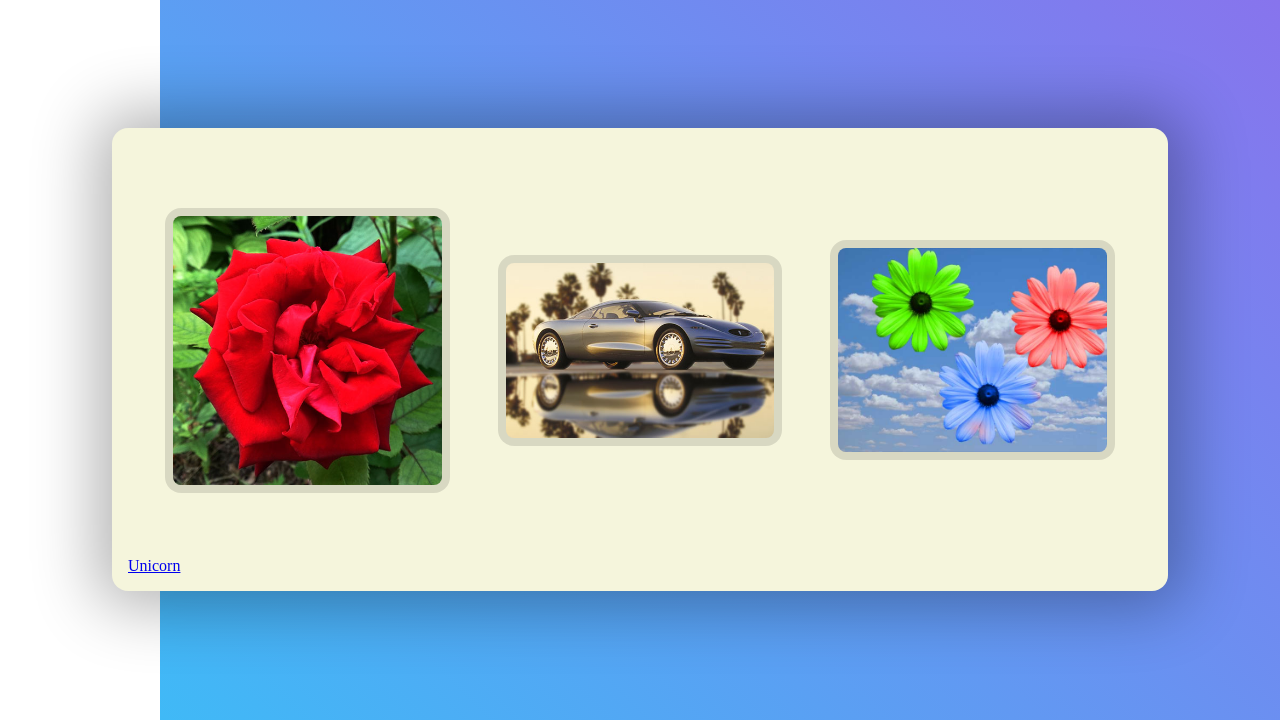
Repository: ViggoSkj/VGY
Page: ovningar/photoshopovning/photoshopovning.html
These files come from the project's save history. The page is drawn as it stood at one moment and after the next save; the edit follows.
The browser window is 1280 px wide. The pictures show the whole page.

Above is the page before, as saved 2022-11-27 12:18:20.

After the next save:
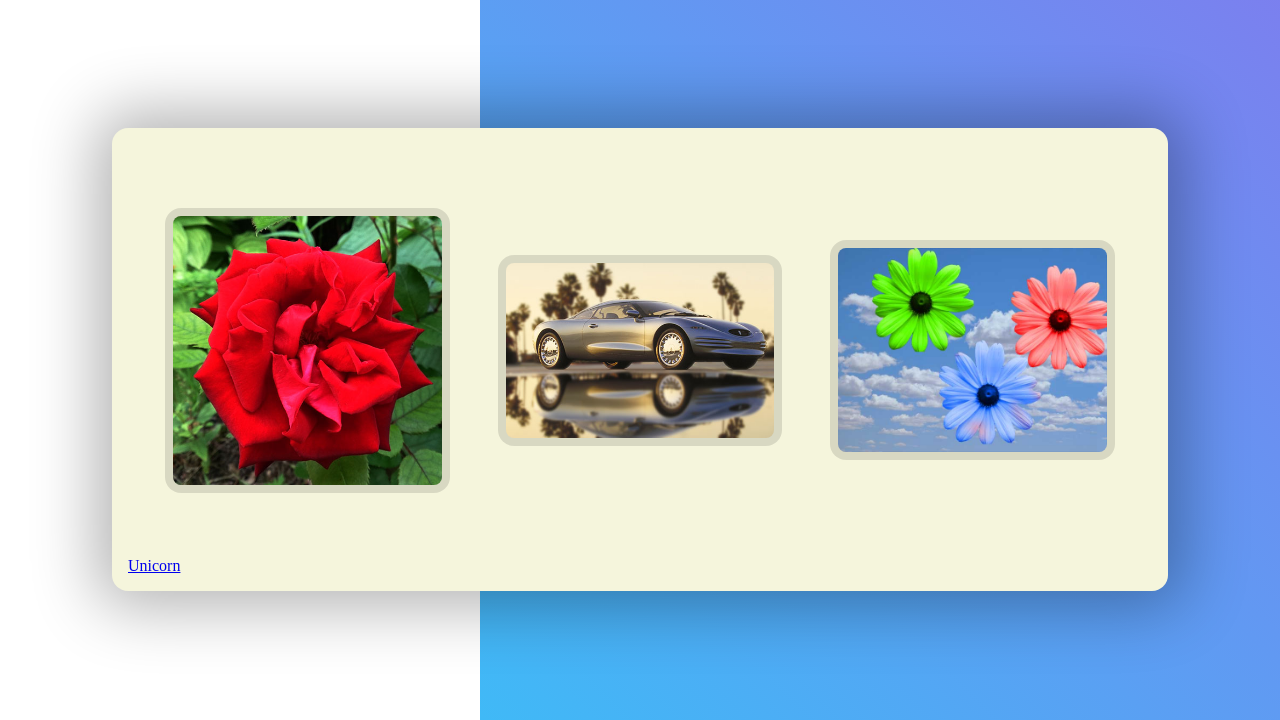
Saved 11 s later.
--- a/ovningar/photoshopovning/public/css/style.css
+++ b/ovningar/photoshopovning/public/css/style.css
@@ -12,8 +12,8 @@ body
 
 @keyframes rotating
 {
-    from {background-position-x: -10em;}
-    to {background-position-x: 10em;}
+    from {background-position-x: 10em;}
+    to {background-position-x: 30em;}
 }
 
 .container
